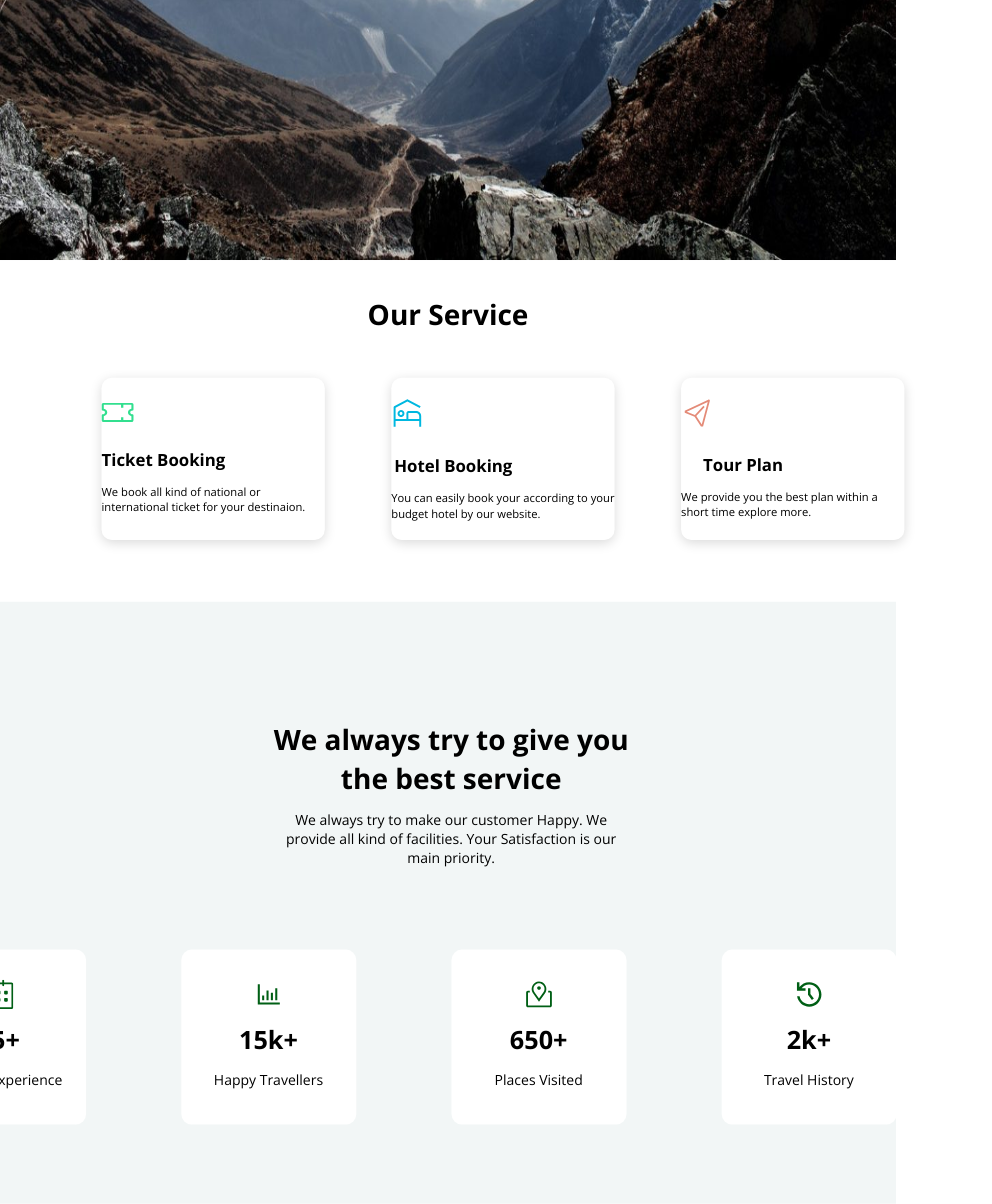
Repository: kubrazamanova/Background-Image
Page: index.html
An editor plug-in stored every save of this project. The page is shown before and after the next save, followed by the edit.
The browser window is 1280 px wide. The page is 1417 px wide, then 1292 px, so the pictures cover 1417 px, including what lies to the right of the window. The pictures show the part of the page from y = 791 to 2511 px (the page is 2511 px tall before and 1651 px after), at 70% of full size.

Above is the page before, as saved 2023-10-17 18:52:23.

After the next save:
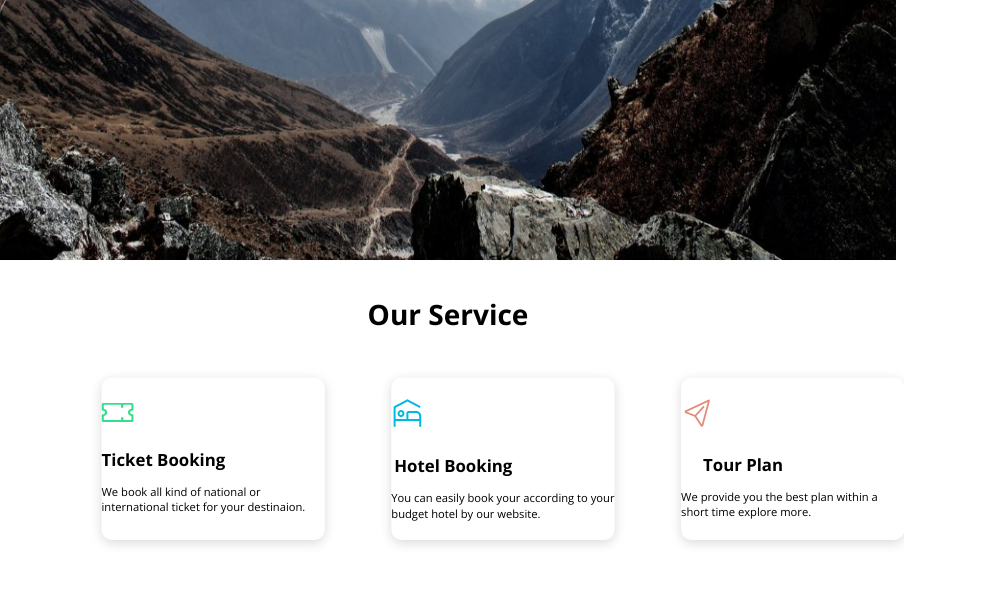
Saved 12 s later.
--- a/index.html
+++ b/index.html
@@ -110,7 +110,7 @@
             </li>
           </ul>
         </div>
-        <div class="best-service">
+        <!-- <div class="best-service">
           <h1>We always try to give you the best service</h1>
           <p>
             We always try to make our customer Happy. We provide all kind of
@@ -205,7 +205,7 @@
               <p>Travel History</p>
             </li>
           </ul>
-        </div>
+        </div> -->
       </div>
     </div>
   </body>
